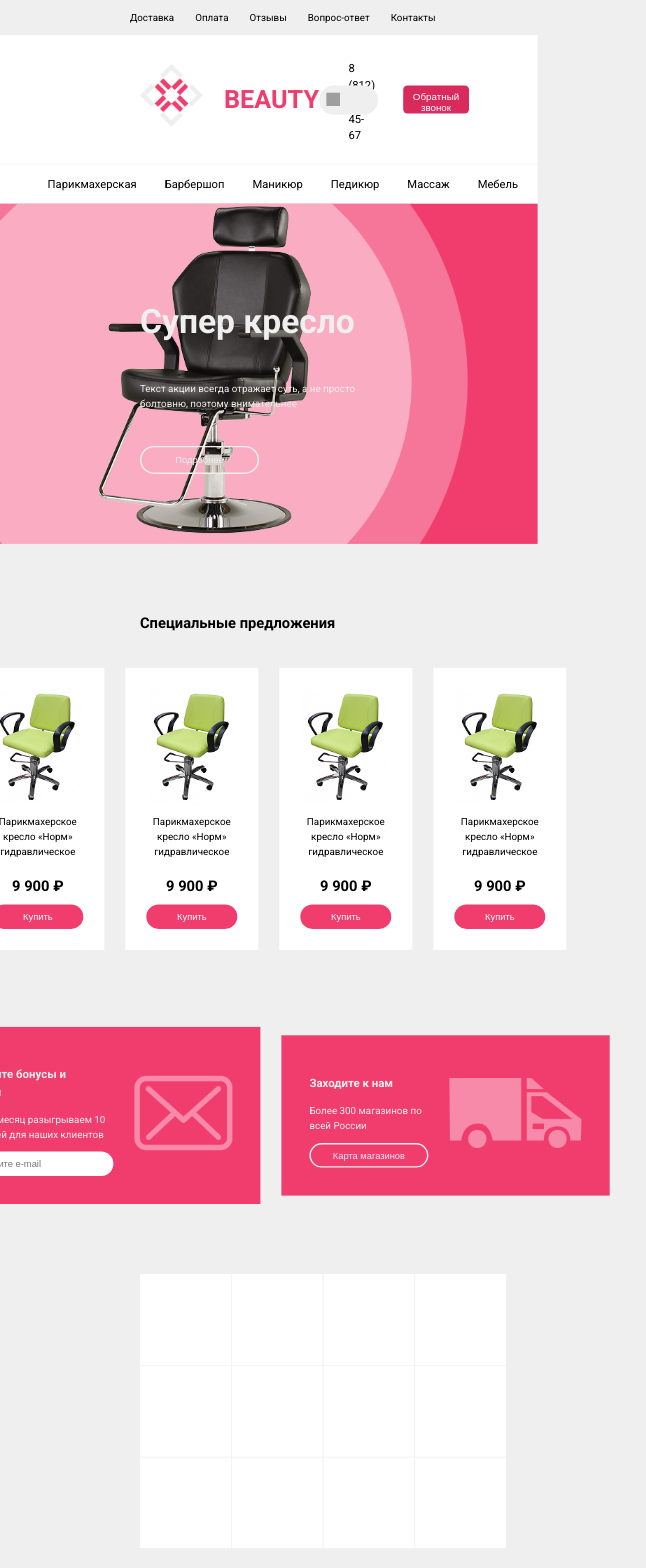
Repository: savannaaaas/verstka
Page: index.html
The author's editor kept a copy of each file at every save. The page is drawn from the files as they stood at one save, then again after the next save.
The browser window is 768 px wide. The page is 923 px wide, so the pictures cover 923 px, including what lies to the right of the window. The pictures show the part of the page from y = 0 to 2240 px (the page is 4364 px tall before and 4228 px after), at 70% of full size.
Pictures or frames that could not be fetched are drawn as grey boxes. Some web fonts or font styles are not loaded; a fallback is used.

Above is the page before, as saved 2025-04-17 01:06:52.

After the next save:
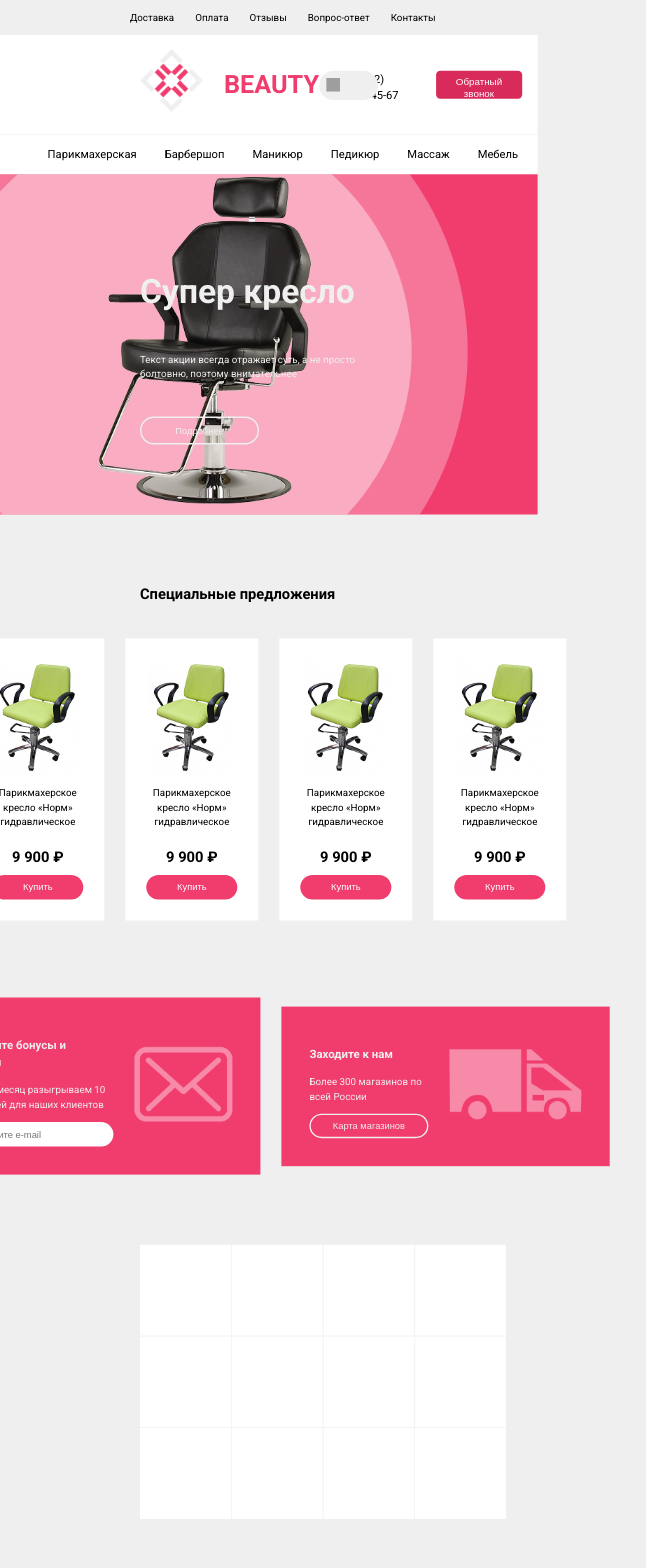
Saved 26 s later.
--- a/style.css
+++ b/style.css
@@ -366,31 +366,3 @@
       .footer-info p {
         margin: 0;
       }
-
-      /* Адаптивность */
-      @media screen and (max-width: 768px) {
-        footer {
-          padding: 30px 20px;
-        }
-
-        .footer-categories {
-          flex-direction: column;
-          gap: 20px;
-        }
-
-        .footer-line {
-          flex-direction: column;
-          align-items: flex-start;
-          gap: 20px;
-        }
-
-        .footer-info {
-          flex-direction: column;
-          gap: 10px;
-          text-align: center;
-        }
-
-        .contact button {
-          width: 100%;
-        }
-      }
